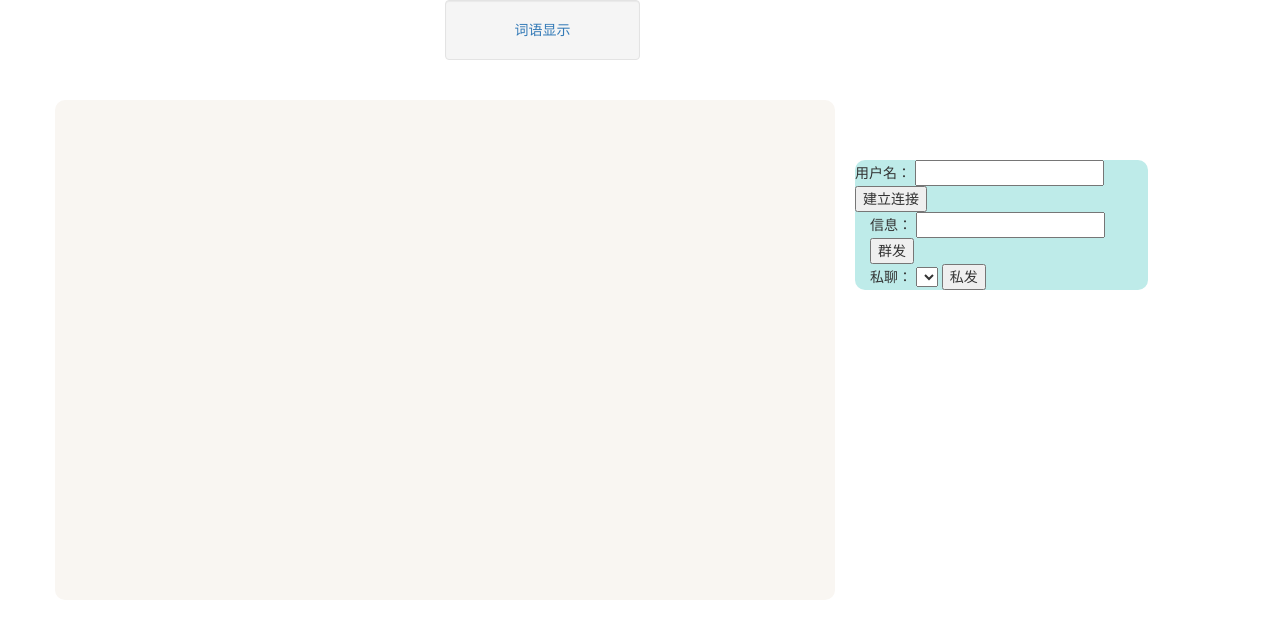
Repository: eheihaha2/whoisthespy-
Page: webDemo/WebContent/room.html
An editor plug-in stored every save of this project. The page is shown before and after the next save, followed by the edit.
The browser window is 1280 px wide. The pictures show the whole page.

Above is the page before, as saved 2020-02-26 01:55:10.

After the next save:
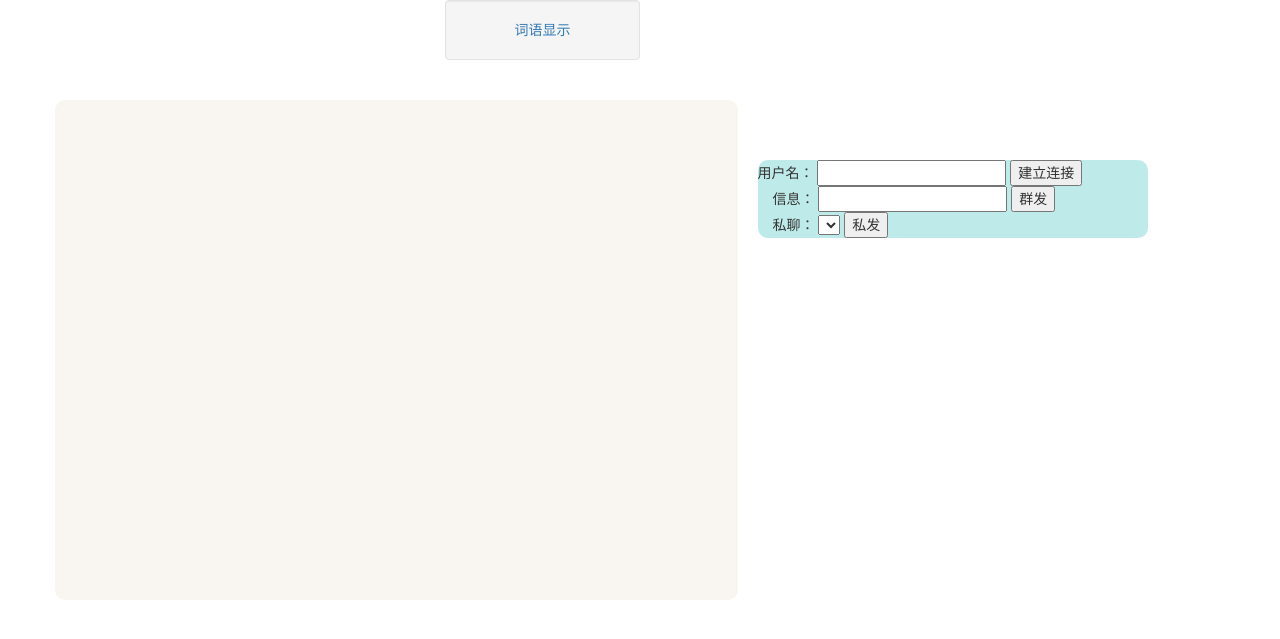
Saved 47 s later.
--- a/webDemo/WebContent/room.html
+++ b/webDemo/WebContent/room.html
@@ -28,14 +28,14 @@
 		<div class="well text-center text-primary col-md-2 	col-sm-2 col-md-offset-4">词语显示</div>
 	</div>
 		<div class="row">
-			<div class="col-md-8 col-sm-8 show">
+			<div class="col-md-7 col-sm-7 show">
 				<div class="info">
 				<span class="name"></span>
 				<span class="msg"></span>
 				</div>
       			<h4 class="userinfo"></h4>
      		</div>
-     		<div class="col-md-3 col-sm-3 mss">
+     		<div class="col-md-4 col-sm-4 mss">
      			<div class="row">
 				<span>用户名：</span>
       			<input type="text" name="username"/>
